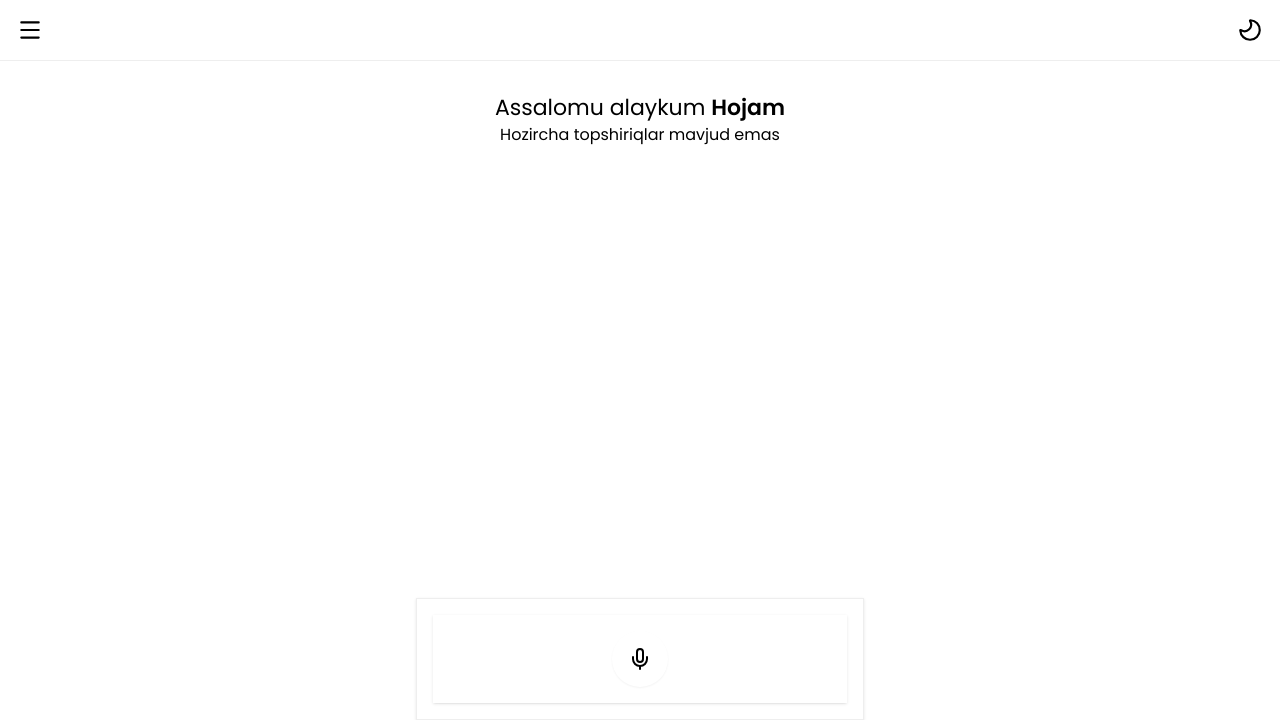
Repository: zaynobiddinovofficel-debug/KotibaAI
Page: / (app in web/)
The author's editor kept a copy of each file at every save. The page is drawn from the files as they stood at one save, then again after the next save.
The browser window is 1280 px wide. The pictures show the whole page.
Some web fonts or font styles are not loaded; a fallback is used. The project was rebuilt for these pictures with package versions that can differ from the ones it lists, and the page was loaded fresh each time. Also part of the build but not shown: web/vite.config.js.

Above is the page before, as saved 2026-03-25 20:42:10.

After the next save:
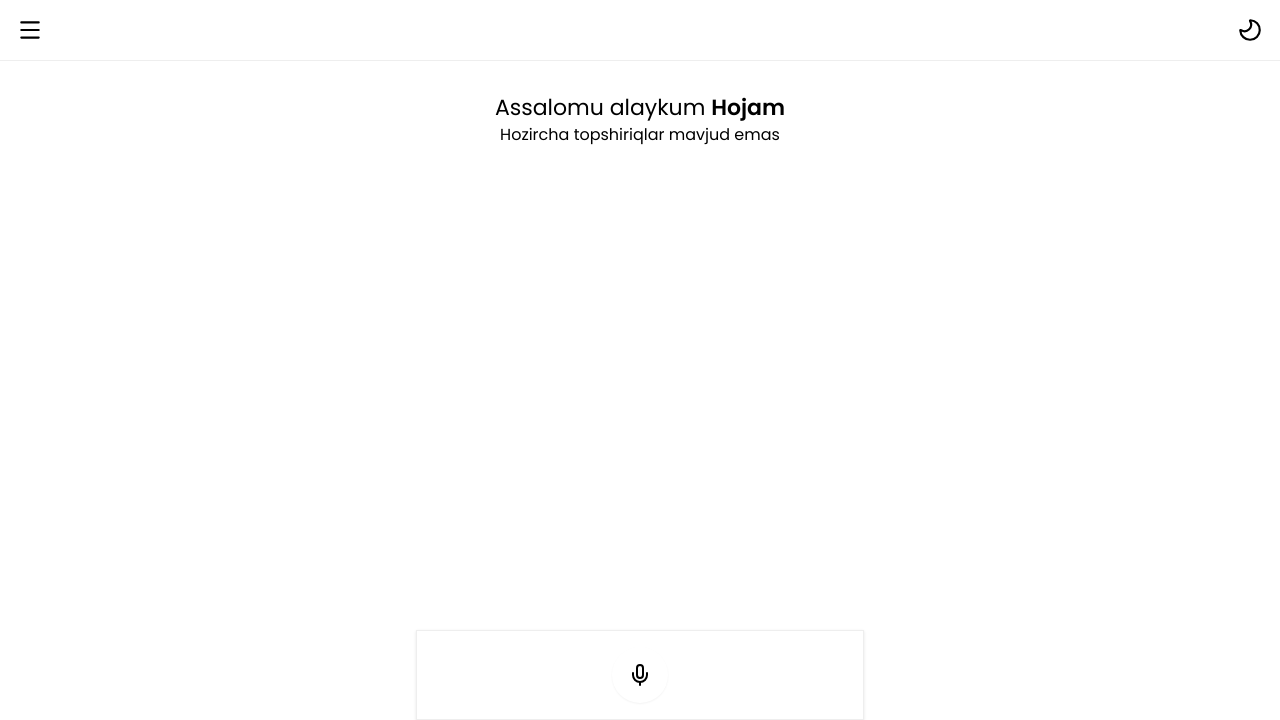
Saved 4 s later.
--- a/web/src/App.jsx
+++ b/web/src/App.jsx
@@ -170,7 +170,7 @@ export default function App() {
     <span className="leading-none">Hozircha topshiriqlar mavjud emas</span>
     </div>}
     <div className="px-3 max-w-[1280px] w-full flex justify-center mt-auto flex w-full max-w-md flex-col items-center gap-4 border border-[#eee] bg-background/90 px-4 py-4 shadow-sm backdrop-blur-sm">
-      <div className="flex w-full max-w-md flex-col items-center gap-4 bg-background/90 px-4 py-4 shadow-sm backdrop-blur-sm">
+      <div className="flex w-full max-w-md flex-col items-center gap-4 ">
         {isRecording&&<div className="flex h-20 w-full items-end justify-center gap-1">
           {audioLevels.map((level, index) => (
             <div
